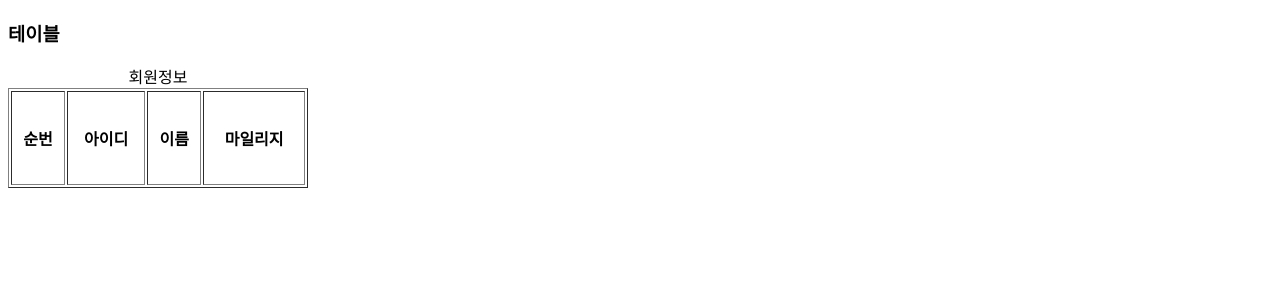
Repository: helloJunejun/WorkSpace_WebUi
Page: 0.2html_form_table/src/main/webapp/sample_table.html
The author's editor kept a copy of each file at every save. The page is drawn from the files as they stood at one save, then again after the next save.
The browser window is 1280 px wide. The pictures show the whole page.

Above is the page before, as saved 2021-06-24 01:15:33.

After the next save:
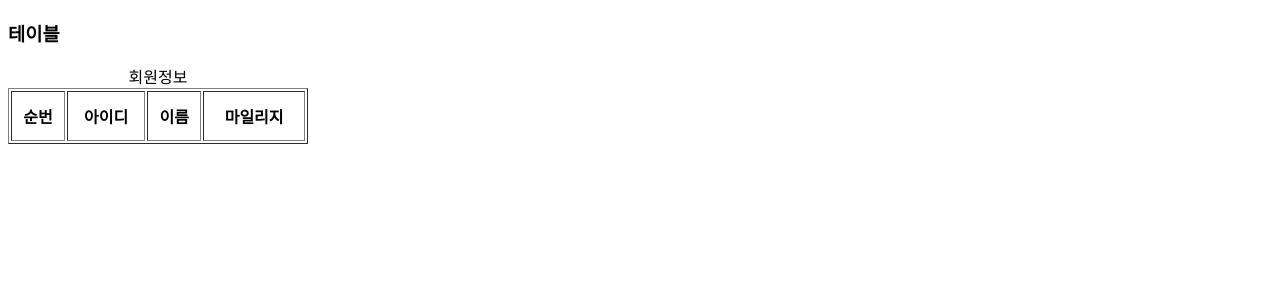
Saved 2 min 36 s later.
--- a/0.2html_form_table/src/main/webapp/sample_table.html
+++ b/0.2html_form_table/src/main/webapp/sample_table.html
@@ -6,9 +6,9 @@
 </head>
 <body>
 <h3>테이블</h3>
-<table border="1" width="300px" height="100px">
+<table border="1" width="300px">
 	<caption>회원정보</caption>
-	<tr>
+	<tr height="50px">
 		<th>순번</th>
 		<th>아이디</th>
 		<th>이름</th>
